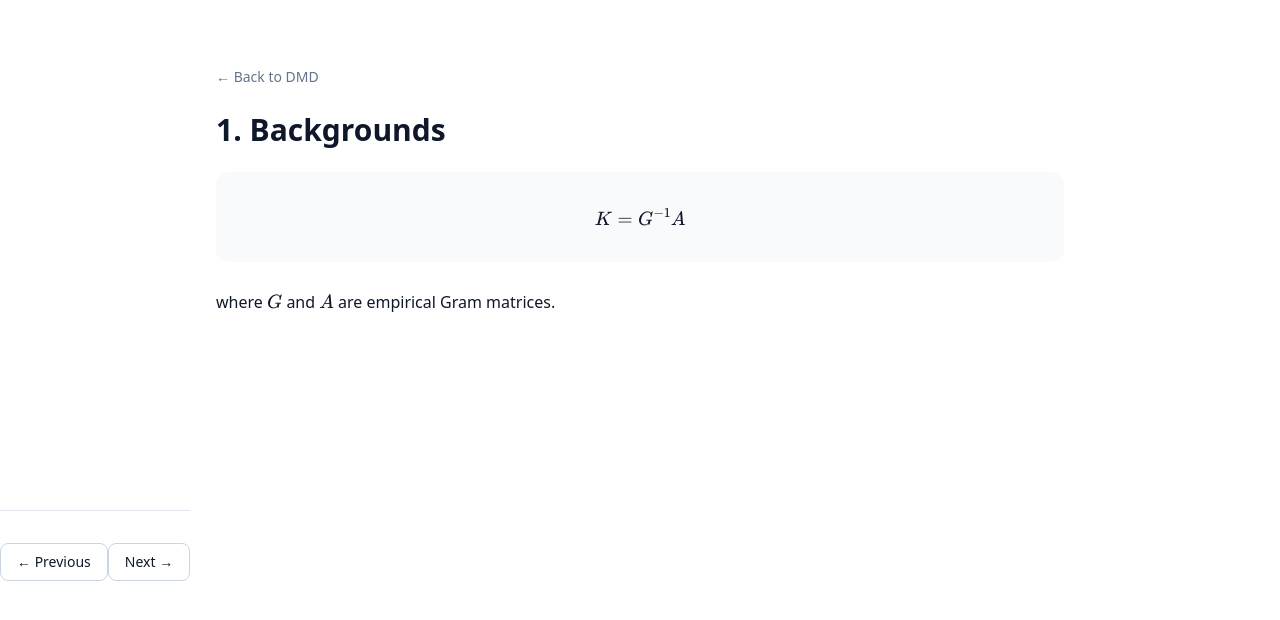
Repository: JWS625/JWS625.github.io
Page: notes/modal_analysis/01_background.html
The author's editor kept a copy of each file at every save. The page is drawn from the files as they stood at one save, then again after the next save.
The browser window is 1280 px wide. The pictures show the whole page.
Some web libraries are served in a nearby version.

Above is the page before, as saved 2026-02-20 18:27:48.

After the next save:
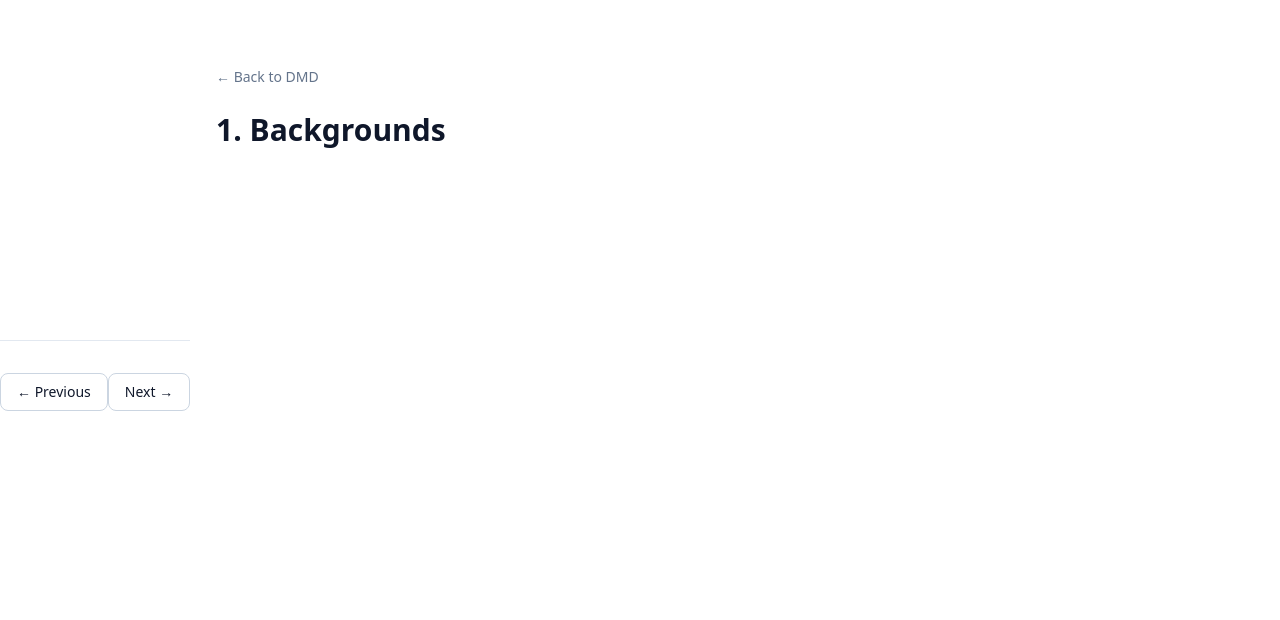
Saved 12 s later.
--- a/notes/modal_analysis/01_background.html
+++ b/notes/modal_analysis/01_background.html
@@ -24,19 +24,7 @@ window.MathJax = {
 1. Backgrounds
 </h1>
 
-<p class="mt-6 leading-8">
 
-</p>
-
-<div class="bg-slate-50 p-4 rounded-xl mt-4">
-$$
-K = G^{-1} A
-$$
-</div>
-
-<p class="mt-6 leading-8">
-where $G$ and $A$ are empirical Gram matrices.
-</p>
 
 </div>
 <div class="mt-16 flex justify-between items-center text-sm">
